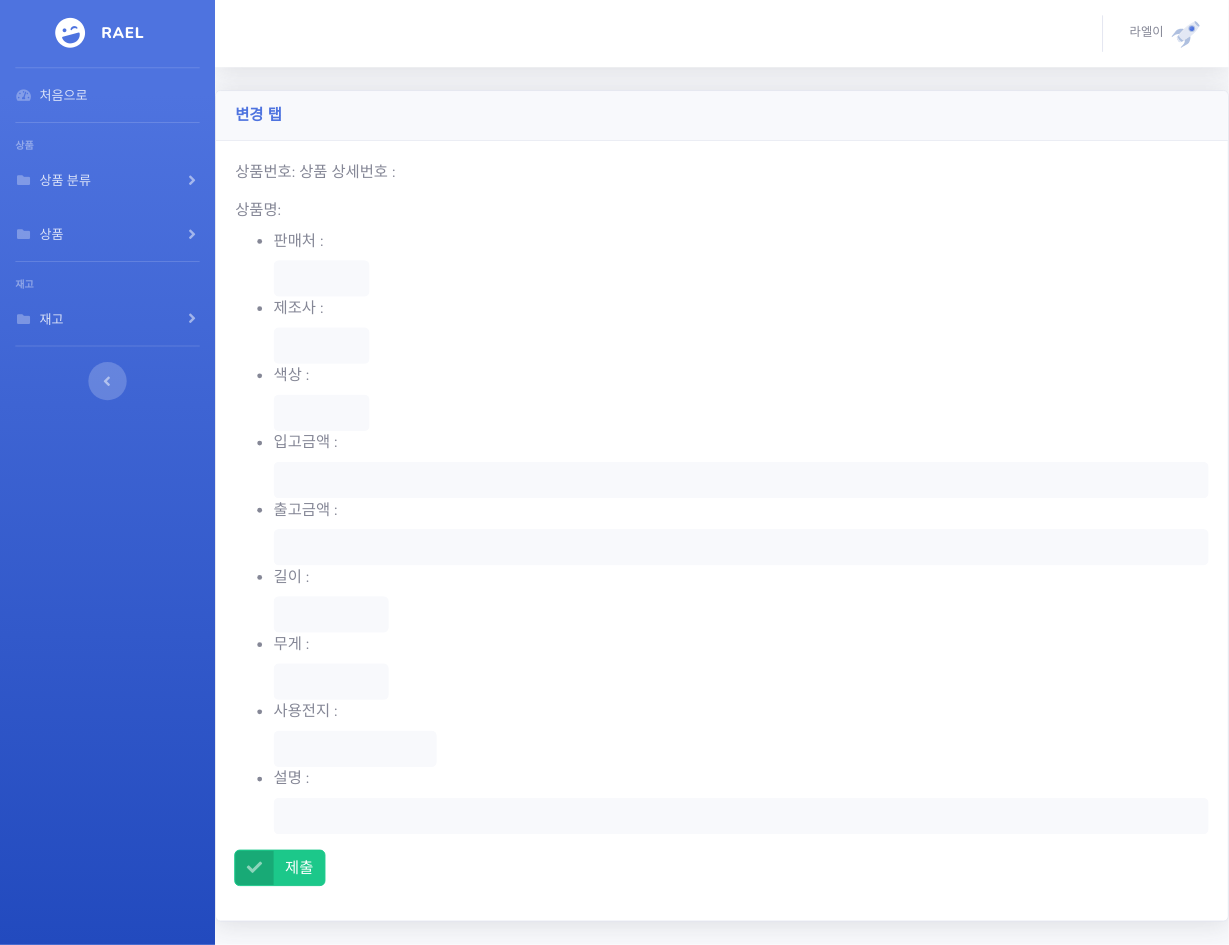
Repository: sww232/springRaelProject
Page: http://localhost/rael/WEB-INF/views/product/product_update_detail_modifypage.jsp
The author's editor kept a copy of each file at every save. The page is drawn from the files as they stood at one save, then again after the next save.
The browser window is 1280 px wide. The pictures show the whole page, at 96% of full size.
The page is served by Tomcat 9. Nobody is signed in. Other server files are loaded and not shown. The template is opened directly, without the code that normally fills it, so the values that code supplies are empty.

Above is the page before, as saved 2022-10-07 11:46:03.

### raelproject3/rael/src/main/webapp/WEB-INF/views/product/product_update_detail_modifypage.jsp
<%@ page language="java" contentType="text/html; charset=UTF-8" pageEncoding="UTF-8"%>
<%@ taglib uri="http://java.sun.com/jsp/jstl/core" prefix="c" %>
<%@ taglib prefix="sql" uri="http://java.sun.com/jsp/jstl/sql" %>
<%@ taglib prefix="fmt" uri="http://java.sun.com/jsp/jstl/fmt" %>
<!DOCTYPE html>
<html>
<head>
<head>
	    <meta name="viewport" content="width=device-width, initial-scale=1, shrink-to-fit=no">
	    <meta name="description" content="">
	    <meta name="author" content="">
	    <meta charset="UTF-8">
			<title>메인</title>

		<link href="/vendor/fontawesome-free/css/all.min.css" rel="stylesheet" type="text/css">
	    <link
	        href="https://fonts.googleapis.com/css?family=Nunito:200,200i,300,300i,400,400i,600,600i,700,700i,800,800i,900,900i"
	        rel="stylesheet">

	    <!-- Custom styles for this template -->
	    <link href="/css/sb-admin-2.min.css" rel="stylesheet">
	    <script src="/vendor/jquery/jquery.min.js"></script>
	    <script src="/vendor/bootstrap/js/bootstrap.bundle.min.js"></script>

	    <!-- Core plugin JavaScript-->
	    <script src="/vendor/jquery-easing/jquery.easing.min.js"></script>

	    <!-- Custom scripts for all pages-->
	    <script src="/js/sb-admin-2.min.js"></script>

	    <!-- Page level plugins -->
	    <script src="/vendor/datatables/jquery.dataTables.min.js"></script>
	    <script src="/vendor/datatables/dataTables.bootstrap4.min.js"></script>

	    <!-- Page level custom scripts -->
	    <script src="/js/demo/datatables-demo.js"></script>

	    <!-- Custom styles for this page -->
	    <link href="/vendor/datatables/dataTables.bootstrap4.min.css" rel="stylesheet">

	</head>
	<body id="page-top">
	<form>
		<div class="modal fade" id="moaModal1" tabindex="-1" role="dialog" aria-labelledby="exampleModalLabel" aria-hidden="true">

			<div class="modal-dialog" role="document">
				<div class="modal-content">
					<div class="modal-header">
						<h5 class="modal-title" id="exampleModalLabel">상품 등록을 위한 카테고리 선택</h5>
						<button class="close" type="button" data-dismiss="modal" aria-label="Close">
							<span aria-hidden="true">x</span>
						</button>
						</div>
						<div class="modal-body">
							<select name="categoryBox1" id="categoryBox1">
								<option value="defaultValue" selected></option>
								<c:forEach var="list" items="${categorynums}">
									<option value="${list}">
										${list}
									</option>
								</c:forEach>
							</select>
						</div>
					<div class="modal-footer">
						<button class="btn btn-primary" type="button" data-dismiss="modal">Cancel</button>
						<button class="btn btn-primary" type="submit" formaction="/product/product_insert">Choice</button>
					</div>
				</div>
			</div>
		</div>
		<div class="modal fade" id="moaModal2" tabindex="-1" role="dialog" aria-labelledby="exampleModalLabel" aria-hidden="true">

			<div class="modal-dialog" role="document">
				<div class="modal-content">
					<div class="modal-header">
						<h5 class="modal-title" id="exampleModalLabel">상품 추가 등록을 위한 카테고리 선택</h5>
						<button class="close" type="button" data-dismiss="modal" aria-label="Close">
							<span aria-hidden="true">x</span>
						</button>
						</div>
						<div class="modal-body">
							<select name="categoryBox2" id="categoryBox2">
								<option value="defaultValue" selected></option>
								<c:forEach var="list" items="${categorynums}">
									<option value="${list}">
										${list}
									</option>
								</c:forEach>
							</select>
						</div>
					<div class="modal-footer">
						<button class="btn btn-primary" type="button" data-dismiss="modal">Cancel</button>
						<button class="btn btn-primary" type="submit" formaction="/product/product_insert_detail">Choice</button>
					</div>
				</div>
			</div>
		</div>
		<div class="modal fade" id="moaModal3" tabindex="-1" role="dialog" aria-labelledby="exampleModalLabel" aria-hidden="true">

			<div class="modal-dialog" role="document">
				<div class="modal-content">
					<div class="modal-header">
						<h5 class="modal-title" id="exampleModalLabel">상품명/상세정보 수정을 위한 카테고리 선택</h5>
						<button class="close" type="button" data-dismiss="modal" aria-label="Close">
							<span aria-hidden="true">x</span>
						</button>
						</div>
						<div class="modal-body">
							<select name="categoryBox3" id="categoryBox3">
								<option value="defaultValue" selected></option>
								<c:forEach var="list" items="${categorynums}">
									<option value="${list}">
										${list}
									</option>
								</c:forEach>
							</select>
						</div>
					<div class="modal-footer">
						<button class="btn btn-primary" type="button" data-dismiss="modal">Cancel</button>
						<button class="btn btn-primary" type="submit" formaction="/product/product_update">Choice</button>
					</div>
				</div>
			</div>
		</div>
	</form>
	<div id="wrapper">
		 <ul class="navbar-nav bg-gradient-primary sidebar sidebar-dark accordion" id="accordionSidebar">

            <!-- Sidebar - Brand -->
            <a class="sidebar-brand d-flex align-items-center justify-content-center" href="/">
                <div class="sidebar-brand-icon rotate-n-15">
                    <i class="fas fa-laugh-wink"></i>
                </div>
                <div class="sidebar-brand-text mx-3">RAEL</div>
            </a>

            <!-- Divider -->
            <hr class="sidebar-divider my-0">

            <!-- Nav Item - Dashboard -->
            <li class="nav-item">
                <a class="nav-link" href="/">
                    <i class="fas fa-fw fa-tachometer-alt"></i>
                    <span>처음으로</span></a>
            </li>

            <!-- Divider -->
            <hr class="sidebar-divider">

            <!-- Heading -->
            <div class="sidebar-heading">
                상품
            </div>

            <!-- Nav Item - Pages Collapse Menu -->
            <li class="nav-item">
                <a class="nav-link collapsed" href="#" data-toggle="collapse" data-target="#collapseTwo"
                    aria-expanded="true" aria-controls="collapseTwo">
                    <i class="fas fa-fw fa-folder"></i>
                    <span>상품 분류</span>
                </a>
                <div id="collapseTwo" class="collapse" aria-labelledby="headingTwo" data-parent="#accordionSidebar">
                    <div class="bg-white py-2 collapse-inner rounded">
                        <h6 class="collapse-header">상풍 분류 탭</h6>
                        <a class="collapse-item" href="/product/category_select?page=1&recordSize=10&pageSize=10">상품 분류 조회</a>
                        <a class="collapse-item" href="/product/category_insert?insertresult=0">상품 분류 등록</a>
                        <a class="collapse-item" href="/product/category_update">상품 분류 수정</a>
                    </div>
                </div>
            </li>

            <!-- Nav Item - Utilities Collapse Menu -->
            <li class="nav-item">
                <a class="nav-link collapsed" href="#" data-toggle="collapse" data-target="#collapseUtilities"
                    aria-expanded="true" aria-controls="collapseUtilities">
                    <i class="fas fa-fw fa-folder"></i>
                    <span>상품</span>
                </a>
                <div id="collapseUtilities" class="collapse" aria-labelledby="headingUtilities"
                    data-parent="#accordionSidebar">
                    <div class="bg-white py-2 collapse-inner rounded">
                        <h6 class="collapse-header">상품 탭</h6>
                        <a class="collapse-item" href="/product/all_select?page=1&recordSize=10&pageSize=10">상품 조회</a>
                        <a class="collapse-item" href="#" data-toggle="modal" data-target="#moaModal1">
							<i class="fas fa-arrow-right"></i>상품 등록
						</a>
						<a class="collapse-item" href="#" data-toggle="modal" data-target="#moaModal2">
							<i class="fas fa-arrow-right"></i>상품 추가 등록
						</a>
						<a class="collapse-item" href="#" data-toggle="modal" data-target="#moaModal3">
							<i class="fas fa-arrow-right"></i>상품명/상세정보 수정
						</a>
                    </div>
                </div>
            </li>

            <!-- Divider -->
            <hr class="sidebar-divider">

            <!-- Heading -->
            <div class="sidebar-heading">
                재고
            </div>

            <!-- Nav Item - Pages Collapse Menu -->
            <li class="nav-item">
                <a class="nav-link collapsed" href="#" data-toggle="collapse" data-target="#collapsePages"
                    aria-expanded="true" aria-controls="collapsePages">
                    <i class="fas fa-fw fa-folder"></i>
                    <span>재고</span>
                </a>
                <div id="collapsePages" class="collapse" aria-labelledby="headingPages" data-parent="#accordionSidebar">
                    <div class="bg-white py-2 collapse-inner rounded">
                        <h6 class="collapse-header">재고</h6>
                        <a class="collapse-item" href="/stock/stock_select?page=1&recordSize=10&pageSize=10">재고 조회 및 입/출고</a>
                        <div class="collapse-divider"></div>
                        <h6 class="collapse-header">재고 입/출고</h6>
                        <a class="collapse-item" href="/stock/stock_history?page=1&recordSize=10&pageSize=10">내역</a>
                        <a class="collapse-item" href="/stock/stock_history_cancel?page=1&recordSize=10&pageSize=10">취소</a>
                    </div>
                </div>
            </li>

            <!-- Divider -->
            <hr class="sidebar-divider d-none d-md-block">

            <!-- Sidebar Toggler (Sidebar) -->
            <div class="text-center d-none d-md-inline">
                <button class="rounded-circle border-0" id="sidebarToggle"></button>
            </div>

        </ul>

        <!-- End of Sidebar -->

        <!-- Content Wrapper -->
        <div id="content-wrapper" class="d-flex flex-column">

            <!-- Main Content -->
            <div id="content">

                <!-- Topbar -->
                <nav class="navbar navbar-expand navbar-light bg-white topbar mb-4 static-top shadow">

                    <!-- Sidebar Toggle (Topbar) -->
                    <form class="form-inline">
                        <button id="sidebarToggleTop" class="btn btn-link d-md-none rounded-circle mr-3">
                            <i class="fa fa-bars"></i>
                        </button>
                    </form>

                    <!-- Topbar Search
                    <form
                        class="d-none d-sm-inline-block form-inline mr-auto ml-md-3 my-2 my-md-0 mw-100 navbar-search">
                        <div class="input-group">
                            <input type="text" class="form-control bg-light border-0 small" placeholder="Search for..."
                                aria-label="Search" aria-describedby="basic-addon2">
                            <div class="input-group-append">
                                <button class="btn btn-primary" type="button">
                                    <i class="fas fa-search fa-sm"></i>
                                </button>
                            </div>
                        </div>
                    </form>
					-->
                    <!-- Topbar Navbar -->
                    <ul class="navbar-nav ml-auto">

                        <!-- Nav Item - Search Dropdown (Visible Only XS) -->
                        <li class="nav-item dropdown no-arrow d-sm-none">
                            <a class="nav-link dropdown-toggle" href="#" id="searchDropdown" role="button"
                                data-toggle="dropdown" aria-haspopup="true" aria-expanded="false">
                                <i class="fas fa-search fa-fw"></i>
                            </a>
                            <!-- Dropdown - Messages -->
                            <div class="dropdown-menu dropdown-menu-right p-3 shadow animated--grow-in"
                                aria-labelledby="searchDropdown">
                                <form class="form-inline mr-auto w-100 navbar-search">
                                    <div class="input-group">
                                        <input type="text" class="form-control bg-light border-0 small"
                                            placeholder="Search for..." aria-label="Search"
                                            aria-describedby="basic-addon2">
                                        <div class="input-group-append">
                                            <button class="btn btn-primary" type="button">
                                                <i class="fas fa-search fa-sm"></i>
                                            </button>
                                        </div>
                                    </div>
                                </form>
                            </div>
                        </li>
                        <div class="topbar-divider d-none d-sm-block"></div>

                        <!-- Nav Item - User Information -->
                        <li class="nav-item dropdown no-arrow">
                            <a class="nav-link dropdown-toggle" href="#" id="userDropdown" role="button"
                                data-toggle="dropdown" aria-haspopup="true" aria-expanded="false">
                                <span class="mr-2 d-none d-lg-inline text-gray-600 small">라엘이</span>
                                <img class="img-profile rounded-circle"
                                    src="img/undraw_rocket.svg">
                            </a>
                            <!-- Dropdown - User Information -->
                            <div class="dropdown-menu dropdown-menu-right shadow animated--grow-in"
                                aria-labelledby="userDropdown">
                                <div class="dropdown-divider"></div>
                                <a class="dropdown-item" href="#" data-toggle="modal" data-target="#logoutModal">
                                    <i class="fas fa-sign-out-alt fa-sm fa-fw mr-2 text-gray-400"></i>
                                    Logout
                                </a>
                            </div>
                        </li>

                    </ul>

                </nav>
               <form method="post" action="product_update_detail/UPDATE">
    <!-- End of Topbar -->
			    <div class="card shadow mb-4">
					<div class="card-header py-3 d-flex flex-row align-items-center justify-content-between">
						<h6 class="m-0 font-weight-bold text-primary">변경 탭</h6>
					</div>
					<div class="card-body">
						<input type="hidden" class="form-control bg-light border-0 small" name="product num for modify" value="${data.PRODUCTNUM}" readonly>
						<input type="hidden" class="form-control bg-light border-0 small" name="product by num for modify" value=${data.PRODUCTBYNUM} readonly>
						<input type="hidden" class="form-control bg-light border-0 small" name="product name for modify" value="${data.PRODUCTNAME}" readonly>
						<p>
							상품번호: <code>${data.PRODUCTNUM}</code>  상품 상세번호 : <code>${data.PRODUCTBYNUM}</code>
							<div class="my-2"></div>
							상품명: <code>${data.PRODUCTNAME}</code>
							<div class="my-2"></div>
							<ul>
								<li>
									<label for="product vendor for modify"> 판매처 :</label>
									<input type="text" class="form-control bg-light border-0 small" name="product vendor for modify" value="${data.PRODUCTVENDOR}" style="text-align:center; width:100px;" >
								</li>
								<li>
									<label for="product company for modify"> 제조사 :</label>
									<input type="text" class="form-control bg-light border-0 small" name="product company for modify" value="${data.PRODUCTCOMPANY}" style="text-align:center; width:100px;">
								</li>
								<li>
									<label for="product color for modify"> 색상 :</label>
									<input type="text" class="form-control bg-light border-0 small" name="product color for modify" value="${data.PRODUCTCOLOR}" style="text-align:center; width:100px;">
								</li>
								<li>
									<label for="product price inbound for modify"> 입고금액 :</label>
									<input type="number" class="form-control bg-light border-0 small" name="product price inbound for modify" value=${data.PRODUCTPRICEINBOUND} style="text-align:center; width:170px;">
								</li>
								<li>
									<label for="product price outbound for modify"> 출고금액 :</label>
									<input type="number" class="form-control bg-light border-0 small" name="product price outbound for modify" value=${data.PRODUCTPRICEOUTBOUND} style="text-align:center; width:170px;">
								</li>
								<li>
									<label for="product length for modify"> 길이 :</label>
									<input type="text" class="form-control bg-light border-0 small" name="product length for modify" value="${data.PRODUCTLENGTH}" style="text-align:center; width:120px;">
								</li>
								<li>
									<label for="product weight for modify"> 무게 :</label>
									<input type="text" class="form-control bg-light border-0 small" name="product weight for modify" value="${data.PRODUCTWEIGHT}" style="text-align:center; width:120px;">
								</li>
								<li>
									<label for="product volt for modify"> 사용전지 :</label>
									<input type="text" class="form-control bg-light border-0 small" name="product volt for modify" value="${data.PRODUCTVOLT}" style="text-align:center; width:170px;">
								</li>
								<li>
									<label for="product description for modify"> 설명 :</label>
									<input type="text" class="form-control bg-light border-0 small" name="product description for modify" value="${data.PRODUCTDESCRIPTION}">
								</li>

							</ul>
							<div class="input-group-append">
								<button type="submit" class="btn btn-success btn-icon-split">
									<span class="icon text-white-50">
										<i class="fas fa-check"></i>
									</span>
									<span class="text">제출</span>
								</button>
							</div>
						</p>
					</div>
				</div>
			</form>
    	</div>
	</div>
</body>
</html>

Loaded but not shown: raelproject3/rael/src/main/resources/static/css/sb-admin-2.min.css (library); raelproject3/rael/src/main/resources/static/js/sb-admin-2.min.js (common file); raelproject3/rael/src/main/resources/static/js/demo/datatables-demo.js (common file); raelproject3/rael/src/main/resources/static/img/undraw_rocket.svg (39 lines, source omitted)

After the next save:
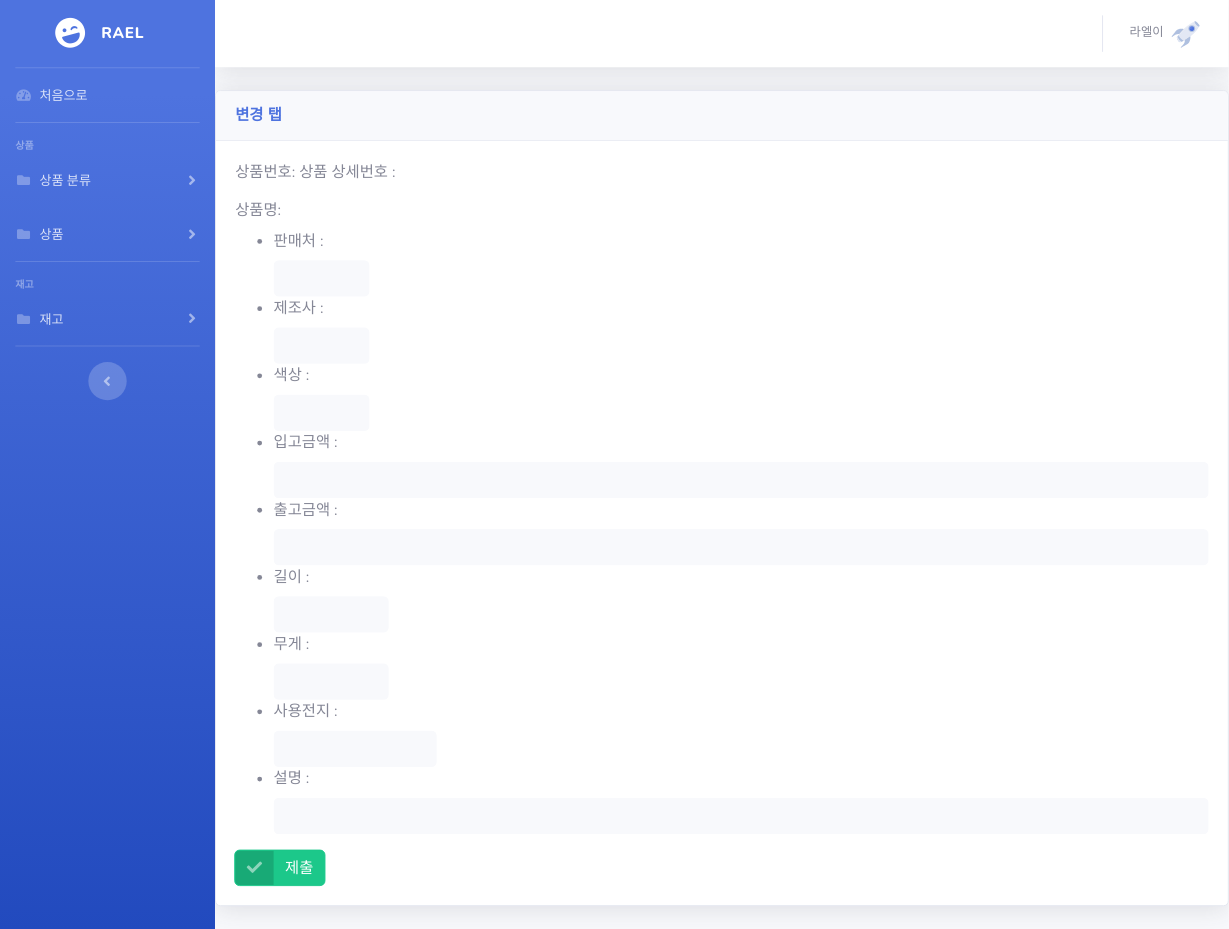
Saved 47 s later.
--- a/raelproject3/rael/src/main/webapp/WEB-INF/views/product/product_update_detail_modifypage.jsp
+++ b/raelproject3/rael/src/main/webapp/WEB-INF/views/product/product_update_detail_modifypage.jsp
@@ -375,10 +375,12 @@
 									<span class="text">제출</span>
 								</button>
 							</div>
-						</p>
-					</div>
+
+						</div>
+
+					</div>
+					</form>
 				</div>
-			</form>
     	</div>
 	</div>
 </body>

After the 2 saves that followed:
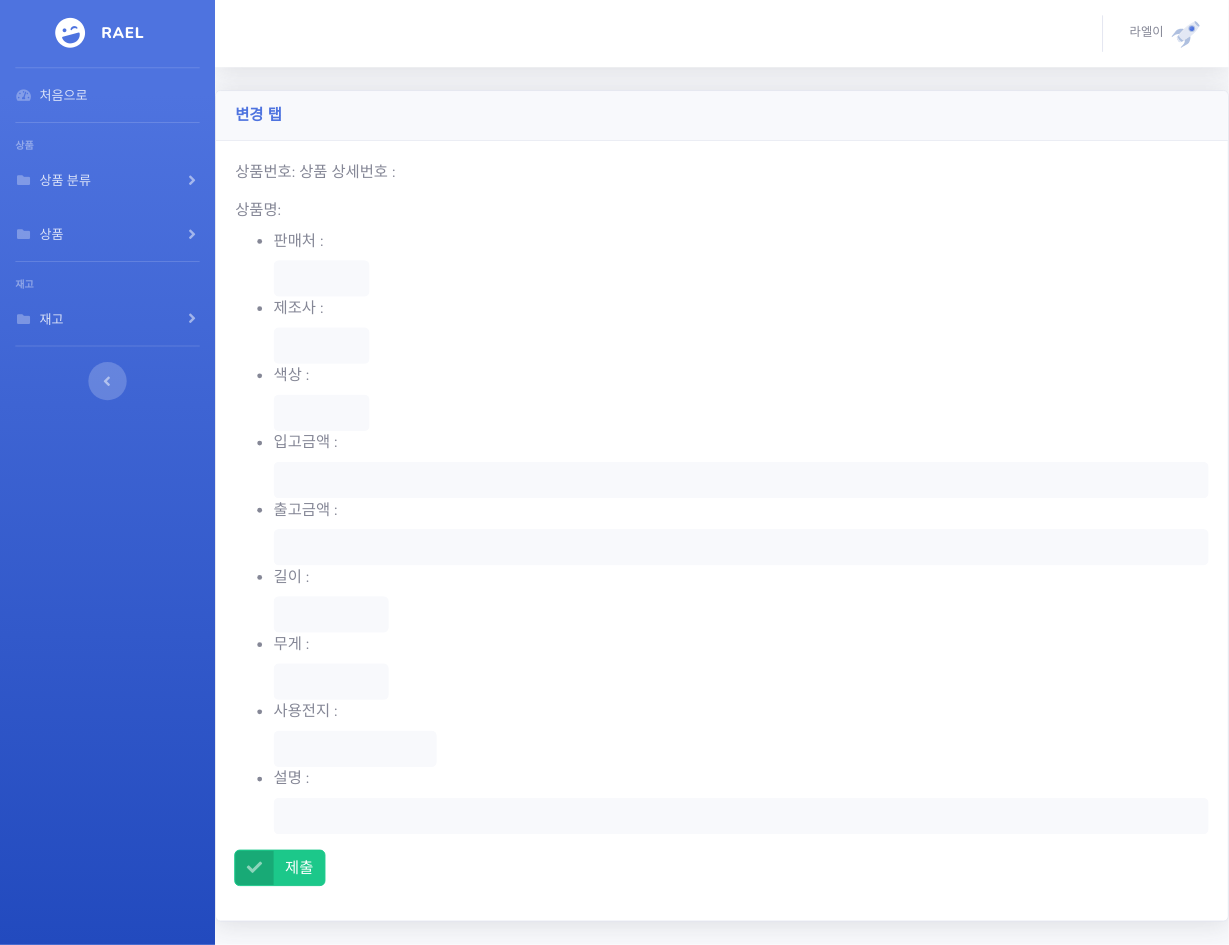
The 2 saves are shown as one change because they came seconds apart.
The last was saved 23 s later.
--- a/raelproject3/rael/src/main/webapp/WEB-INF/views/product/product_update_detail_modifypage.jsp
+++ b/raelproject3/rael/src/main/webapp/WEB-INF/views/product/product_update_detail_modifypage.jsp
@@ -375,7 +375,7 @@
 									<span class="text">제출</span>
 								</button>
 							</div>
-
+						</p>
 						</div>
 
 					</div>
